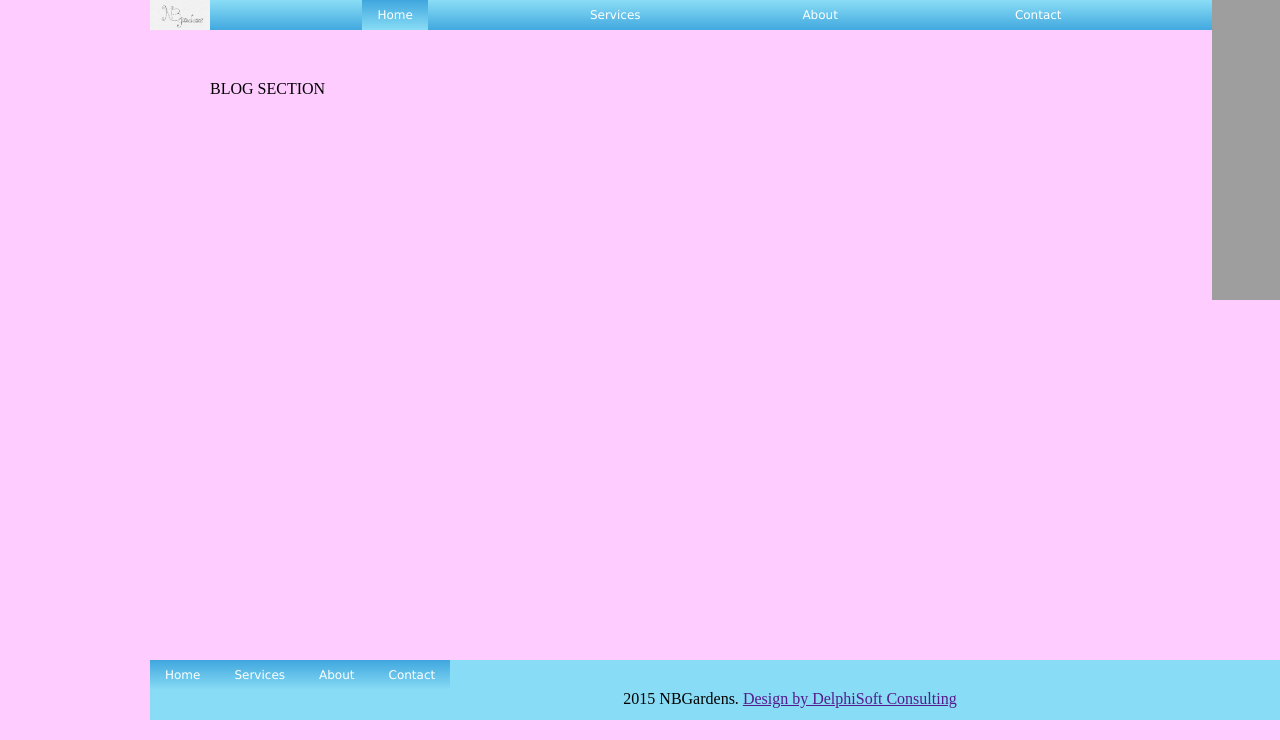
Repository: GAndrews13/BlueGardens
Page: BlueGardensEESystem/src/main/webapp/templates/template.html
These files come from the project's save history. The page is drawn as it stood at one moment and after the next save; the edit follows.
The browser window is 1280 px wide. The pictures show the whole page.
Pictures or frames that could not be fetched are drawn as grey boxes.

Above is the page before, as saved 2015-07-21 14:01:39.

### BlueGardensEESystem/src/main/webapp/templates/template.html
<!DOCTYPE html>
<html 	xmlns="http://www.w3.org/1999/xhtml"
		xmlns:ui="http://java.sun.com/jsf/facelets"
		xmlns:h="http://java.sun.com/jsf/html">
<header>
	<!--<link rel="stylesheet" type="text/css" href="layout.css">-->
	<meta charset="ISO-8859-1">
	<link rel="stylesheet" type="text/css" href="../style.css">
	<title><ui:insert name = "pagetitle"/></title>
</header>
<body>
	<div class="site-header">
		<h1 id="logo">
			<a href = ""><!--LOGO ADD--></a>
		</h1>
		<div id="navigation">
			<ul class="menu">
			  	<li> <img src="../images/NB-Gardens.png" width=60px height=30px/> </li>
			  	<li><a href="/home" class="active"><span>Home</span></a></li>
			  	<li><a href="/services"><span>Services</span></a></li>
			  	<li><a href="/about"><span>About</span></a></li>
			  	<li><a href="/contact"><span>Contact</span></a></li>
			  	<li>
			  		<form target="paypal" action="https://www.paypal.com/cgi-bin/webscr" method="post">
	   					<input type="hidden" name="business" value="garethedwardfrankandrews@hotmail.com"/>
		    					<input type="hidden" name="cmd" value="_cart"/>
	    				<input type="hidden" name="display" value="1"/>
	   					<input type="image" name="submit" border="0" src="https://www.paypalobjects.com/en_US/i/btn/btn_viewcart_LG.gif" alt="PayPal - The safer, easier way to pay online"/>
	   					<img alt="" border="0" width="1" height="1"     src="https://www.paypalobjects.com/en_US/i/scr/pixel.gif" />
					</form>
				</li>
			</ul>
		</div>
	</div>

	<div class="page-wrap">
		<div id="contentHeader">
			<ui:insert name="sectiontitle"/>
		</div>
		<div class="content">
			<div id="sidebarRight">
				BLOG SECTION
				<br>
			</div>
			<ui:insert name="body"/>
		</div>
	</div>

	<footer class="site-footer">
	  <div>
			<div>
				<ul class="bottommenu">
				  <li><a href="/home" class="active"><span>Home</span></a></li>
				  <li><a href="/services"><span>Services</span></a></li>
				  <li><a href="/about"><span>About</span></a></li>
				  <li><a href="/contact"><span>Contact</span></a></li>
				</ul>
			</div>
		</div>
		<div class="center">
			2015 NBGardens.
			<a href="">Design by DelphiSoft Consulting</a>
		</div>
	</footer>
</body>
</html>

### BlueGardensEESystem/src/main/webapp/style.css
/* Generated via www.cssmenubuilder.com */


.menu{margin:0 auto; padding:0; height:30px; width:100%; display:block; background:url('topMenuImages.png') repeat-x;}
.menu li{padding:0; margin:0; list-style:none; display:inline; width:16.6%;float:left;}
.menu li a{float:left; padding-left:15px; display:block; color:rgb(255,255,255); text-decoration:none; font:12px Verdana, Arial, Helvetica, sans-serif; cursor:pointer; background:url('topMenuImages.png') 0px -30px no-repeat;}
.menu li a span{line-height:30px; float:left; display:block; padding-right:15px; background:url('topMenuImages.png') 100% -30px no-repeat;}
.menu li a:hover{background-position:0px -60px; color:rgb(255,255,255);}
.menu li a:hover span{background-position:100% -60px;}
.menu li a.active, .menu li a.active:hover{line-height:30px; font:12px Verdana, Arial, Helvetica, sans-serif; background:url('topMenuImages.png') 0px -90px no-repeat; color:rgb(255,255,255);}
.menu li a.active span, .menu li a.active:hover span{background:url('topMenuImages.png') 100% -90px no-repeat;}

/* Generated via www.cssmenubuilder.com */

.bottommenu{margin-bottom:875px auto; padding:0; height:30px; width:100%; display:block; background:url('bottomMenuImages.png') repeat-x; magin:0 auto; width:300px;}
.bottommenu li{padding:0; margin:0; list-style:none; display:inline-block;}
.bottommenu li a{float:left; padding-left:15px; display:inline-block; color:rgb(255,255,255); text-decoration:none; font:12px Verdana, Arial, Helvetica, sans-serif; cursor:pointer; background:url('bottomMenuImages.png') 0px -30px no-repeat;}
.bottommenu li a span{line-height:30px; float:left; display:block; padding-right:15px; background:url('bottomMenuImages.png') 100% -30px no-repeat;}
.bottommenu li a:hover{background-position:0px -60px; color:rgb(255,255,255);}
.bottommenu li a:hover span{background-position:100% -60px;}
.bottommenu li a.active, .menu li a.active:hover{line-height:30px; font:12px Verdana, Arial, Helvetica, sans-serif; background:url('bottomMenuImages.png') 0px -90px no-repeat; color:rgb(255,255,255);}
.bottommenu li a.active span, .menu li a.active:hover span{background:url('bottomMenuImages.png') 100% -90px no-repeat;}

.products {height: 350px; width: 200px; background-color: black; position: absolute;}
.product-info {border:solid 1px; font: 16px Verdana italic ; background-color: rgb(0 0 0); opacity: 0.4; filter: alpha(opacity = 40); }
.product-desc {border:solid 1px; font: 14px Verdana italic ; background-color: rgb(0 0 0); opacity: 0.4; filter: alpha(opacity = 40); }
#sale{text-transform: uppercase; color: white; text-shadow: 0.5px 0.5px blue; font-family: Comic Sans, Comic Sans MS, cursive;	}
/* PRODUCT CATALOG GRID SYSTEM */
/*  SECTIONS  */
.section {
	clear: both;
	padding: 0px;
	margin: 0px;
}

/*  COLUMN SETUP  */
.col {
	display: block;
	float:left;
	margin: 1% 0 1% 1.6%;
}
.col:first-child { margin-left: 0em; }

/*  GROUPING  */
.group:before,
.group:after { content:""; display:table; }
.group:after { clear:both;}
.group { zoom:1; /* For IE 6/7 */ }

/*  GRID OF FOUR  */
.span_4_of_4 {
	width: 100%;
}
.span_3_of_4 {
	width: 74.6%;
}
.span_2_of_4 {
	width: 49.2%;
}
.span_1_of_4 {
	width: 23.8%;
}

/*  GO FULL WIDTH BELOW 480 PIXELS */
@media only screen and (max-width: 480px) {
	.col {  margin: 1% 0 1% 0%; }
	.span_1_of_4, .span_2_of_4, .span_3_of_4, .span_4_of_4 { width: 100%; }
}

body{
		color: black;
		background-color: #ffccff;
		margin-top: 20px;
		margin-bottom:20px;
		margin-left: 150px;
		margin-right: 150px;
		white-space: nowrap;
	}

	body2 {
		color: black;
		background-color: #ffccff;
		margin-top: 20px;
		margin-bottom:20px;
		margin-left: 150px;
		margin-right: 300px;
		white-space: nowrap;
	}




/* Sticky Footer code */
	* {
	margin: 0;
	}

	html, body {
    	height: 100%;
	}
	.page-wrap {
	padding: 60px;
	}

	.page-wrap:after {
  		content: "";
  		display: block;
	}

	.site-footer{
		height: 60px;
		background-color: #89dcf5;
		position:fixed;
		bottom:0;
		width: 100%;
	}

	.site-header{
		height: 60px;
		top: 0;
		position: fixed;
		width: 100%;
	}

	.leftStack{
		float:left;
		width:40%;
	}

	.center{
		text-align:center;
	}

	#companytitle{
		text-align:center;

	}

After the next save:
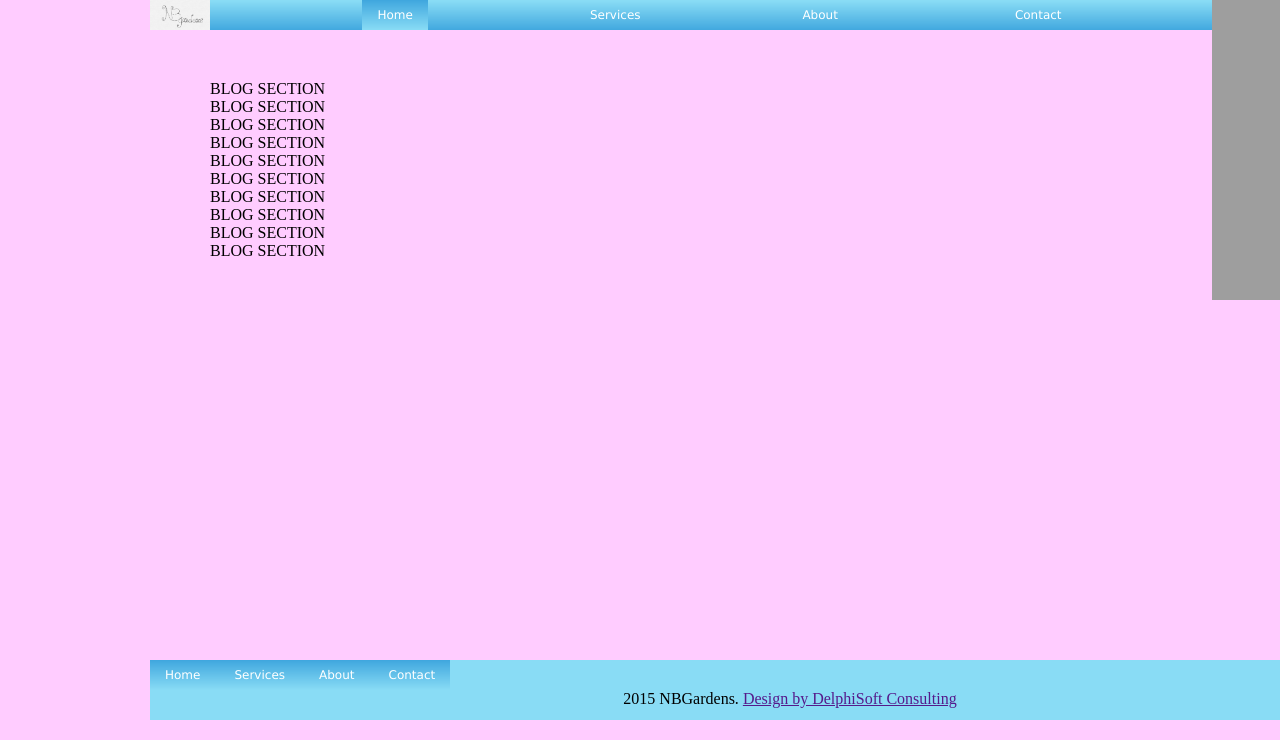
Saved 4 s later.
--- a/BlueGardensEESystem/src/main/webapp/templates/template.html
+++ b/BlueGardensEESystem/src/main/webapp/templates/template.html
@@ -41,6 +41,24 @@
 			<div id="sidebarRight">
 				BLOG SECTION
 				<br>
+				BLOG SECTION
+				<br>
+				BLOG SECTION
+				<br>
+				BLOG SECTION
+				<br>
+				BLOG SECTION
+				<br>
+				BLOG SECTION
+				<br>
+				BLOG SECTION
+				<br>
+				BLOG SECTION
+				<br>
+				BLOG SECTION
+				<br>
+				BLOG SECTION
+				<br>
 			</div>
 			<ui:insert name="body"/>
 		</div>
